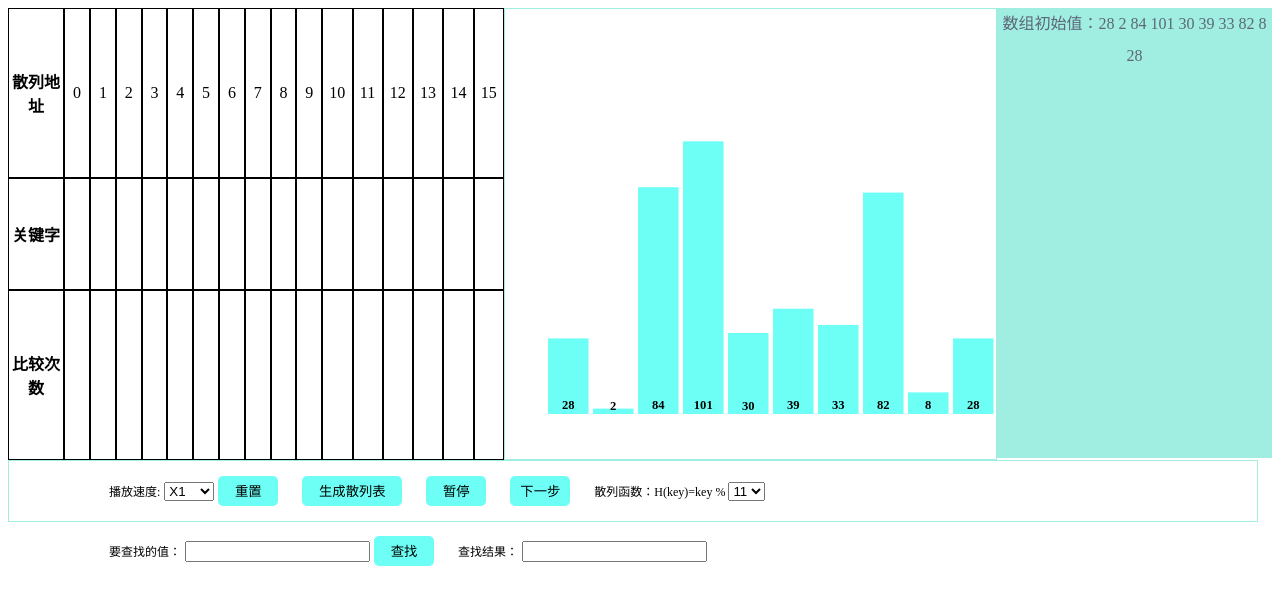
Repository: aaa615/Visualization-of-data-structure-algorithms
Page: dataStructure/WebContent/animation/search/hashSearch/hashSearch.html
These files come from the project's save history. The page is drawn as it stood at one moment and after the next save; the edit follows.
The browser window is 1280 px wide. The pictures show the whole page.

Above is the page before, as saved 2021-05-20 04:15:18.

After the next save:
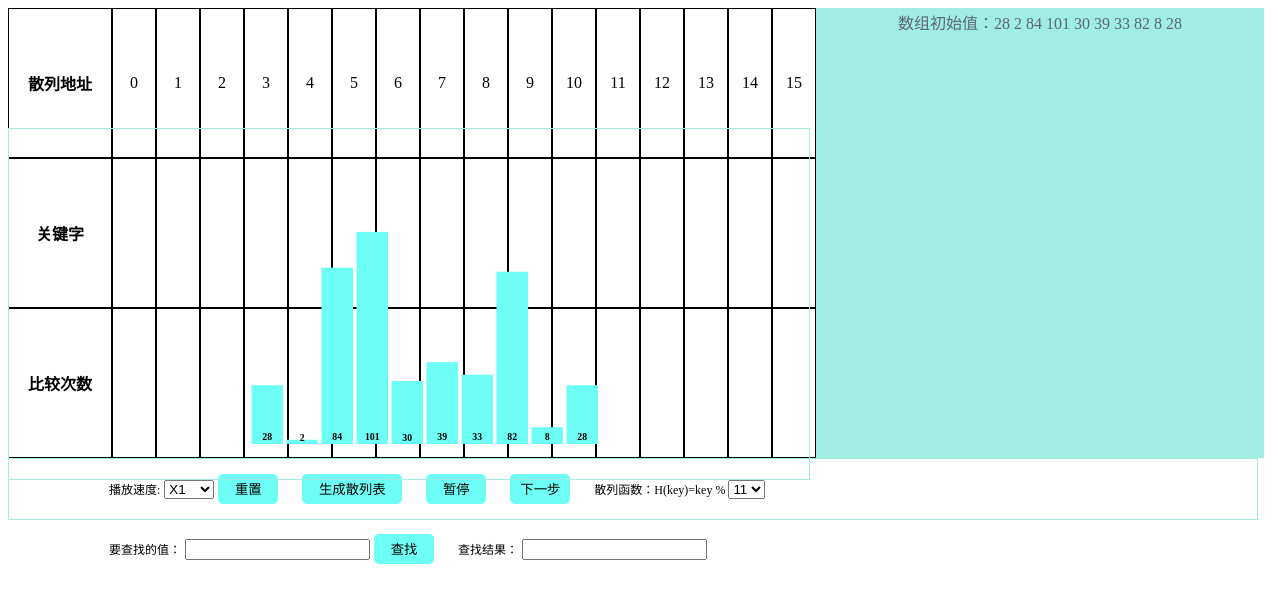
Saved 2 min 12 s later.
--- a/dataStructure/WebContent/animation/search/hashSearch/hashSearch.css
+++ b/dataStructure/WebContent/animation/search/hashSearch/hashSearch.css
@@ -9,3 +9,10 @@ td{
     width: 40px;
     border: black solid 1px;
 }
+
+#canvas_svg{
+    position: absolute;
+    top: 120px;
+    width: 800px;
+    height: 350px;
+}
